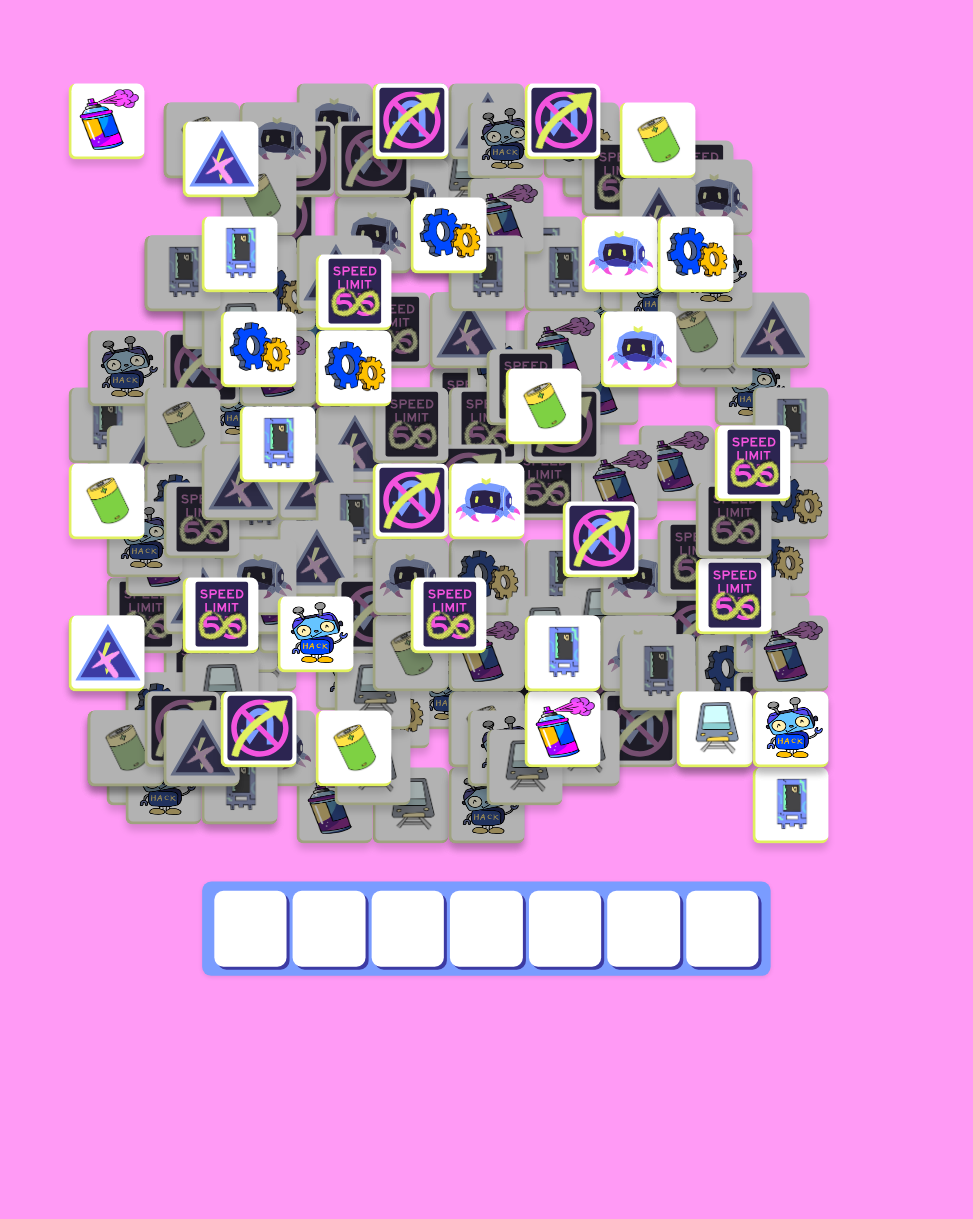
Repository: Avril-Cui/hack-puzzle
Page: / (app in client/)
An editor plug-in stored every save of this project. The page is shown before and after the next save, followed by the edit.
The browser window is 1280 px wide. The pictures show the whole page, at 76% of full size.
The project was rebuilt for these pictures with package versions that can differ from the ones it lists, and the page was loaded fresh each time. The framework's server and built-in components were replaced by stand-ins that run in the browser. Also part of the build but not shown: client/next.config.ts.

Above is the page before, as saved 2025-06-11 20:40:21.

### client/app/page.tsx
import Game from "../components/Game";

export default function Home() {
  return (
    <div>
      <Game />
    </div>
  );
}

### client/app/globals.css
@import "tailwindcss";

:root {
  --background: #FF9AF5;
}

@theme inline {
  --color-background: var(--background);
  --color-foreground: var(--foreground);
  --font-sans: var(--font-geist-sans);
  --font-mono: var(--font-geist-mono);
}

@media (prefers-color-scheme: dark) {
  :root {
    --background: #FF9AF5;
  }
}

body {
  background: var(--background);
  color: var(--foreground);
  font-family: Arial, Helvetica, sans-serif;
}

### client/components/Game.tsx
"use client";
import React, { useEffect, useState } from "react";
import styles from "./Game.module.css";

interface Tile {
  id: string;
  x: number;
  y: number;
  status: number;      // 0 = unpicked, 1 = in queue
  iconName: string;
}

const CELL_SIZE = 100;
const ICONS = ["🍀","🌈","⚙️","🐏","🐯","🐤","📚","🧠","💻","🐼"];

const PuzzleGame: React.FC = () => {
  const [tiles, setTiles] = useState<Tile[]>([]);
  const [queue, setQueue] = useState<Tile[]>([]);

  useEffect(() => {
    fetch("/scene.json")
      .then(res => res.json())
      .then((data: Tile[]) => setTiles(data));
  }, []);

  const handleClick = (tile: Tile) => {
    if (queue.length >= 7) return;
    setQueue(q => [...q, tile]);
    setTiles(t =>
      t.map(x => x.id === tile.id ? { ...x, status: 1 } : x)
    );
  };

  // returns true if tile at `idx` is overlapped by any later (higher) tile still in play
  const isCovered = (idx: number) => {
    const cur = tiles[idx];
    if (cur.status !== 0) return false;
    for (let j = idx + 1; j < tiles.length; j++) {
      const other = tiles[j];
      if (other.status !== 0) continue;
      // bounding‐box overlap?
      if (
        !(cur.x + CELL_SIZE <= other.x ||
          other.x + CELL_SIZE <= cur.x ||
          cur.y + CELL_SIZE <= other.y ||
          other.y + CELL_SIZE <= cur.y)
      ) {
        return true;
      }
    }
    return false;
  };

  const getIconPath = (iconName: string) => {
    const extMap: Record<string, string> = {
      icons0: "svg", icons1: "png", icons2: "png", icons3: "png",
      icons4: "svg", icons5: "jpg", icons6: "jpg", icons7: "jpg",
      icons8: "svg", icons9: "svg",
    };
    return `/icons/${iconName}.${extMap[iconName] || "png"}`;
  };

  return (
    <div className={styles.gameContainer}>
      <div className={styles.tileBoard}>
        {tiles.map((tile, idx) => {
          // inactive if picked OR if covered by any tile with a higher array-index
          const inactive = tile.status !== 0 || isCovered(idx);

          return (
            <div
              key={tile.id}
              className={`${styles.tile} ${inactive ? styles.inactive : ""}`}
              style={{
                left: tile.x,
                top: tile.y,
                zIndex: idx  // ensures later array items actually draw on top
              }}
              onClick={() => {
                if (!inactive && queue.length < 7) handleClick(tile);
              }}
            >
              <img
                src={getIconPath(tile.iconName)}
                alt={tile.iconName}
                className={styles.tileInner}
              />
            </div>
          );
        })}
      </div>

      <div className={styles.queueBar}>
        {queue.map(t => (
          <div key={t.id} className={styles.queueTile}>
            <img
              src={getIconPath(t.iconName)}
              alt={t.iconName}
              className={styles.tileInner}
              style={{ filter: "none", opacity: 1 }}
            />
          </div>
        ))}
        {Array.from({ length: 7 - queue.length }).map((_, i) => (
          <div key={i} className={styles.queueTile} />
        ))}
      </div>
    </div>
  );
};

export default PuzzleGame;

### client/components/Game.module.css
.gameContainer {
  display: flex;
  flex-direction: column;
  align-items: center;
  margin-top: 10em;
  margin-bottom: 20em;
}

.tileBoard {
  position: relative;
  width: 1000px;
  height: 900px;
  background-color: transparent; /* remove green board background */
}

.tile {
  position: absolute;
  width: 100px;
  height: 100px;
  background: white;
  border-radius: 10px;
  font-size: 40px;
  border-left: 4px solid #e1f060;
  border-bottom: 4px solid #e1f060;
  display: flex;
  align-items: center;
  justify-content: center;
  transition: transform 0.2s ease, opacity 0.3s ease;
  box-shadow: 0 8px 10px rgba(0, 0, 0, 0.15);
  cursor: pointer;
}

.tileInner {
  width: 100%;
  height: 100%;
  display: flex;
  justify-content: center;
  align-items: center;
  overflow: hidden;
  padding: 5%; /* optional, for consistent inner margin */
}

.tileInner img {
  max-width: 100%;
  max-height: 100%;
  object-fit: contain;
  pointer-events: none;
}

.covered {
  background: #ccc;
  opacity: 0.4;
  pointer-events: none;
}

.queueBar {
  margin-top: 100px;
  display: flex;
  justify-content: center;
  gap: 12px;
  padding: 12px;
  background: #7A9CFF;
  border-radius: 10px;
  box-shadow: 0 2px 6px rgba(0, 0, 0, 0.1);
}

.queueBar {
  display: flex;
  justify-content: flex-start;
  gap: 8px;
  padding: 12px 16px;
  background-color: #7A9CFF;
  border-radius: 12px;
  width: calc((100px * 7) + (8px * 6)); /* = 748px */
  min-height: 100px; /* same as tile height */
}

.queueTile {
  width: 100px;
  height: 100px;
  background-color: white;
  border-radius: 12px;
  box-shadow: 4px 4px 0 #3c3aa3;
  display: flex;
  align-items: center;
  justify-content: center;
}

.queueTile img {
  width: 100%;
  height: 100%;
  object-fit: contain;
  padding: 8px;
}

.inactive {
  filter: saturate(35%) brightness(70%);
  pointer-events: none;
}

Loaded but not shown: client/app/layout.tsx (common file); client/public/scene.json (2162 lines, source omitted)

After the next save:
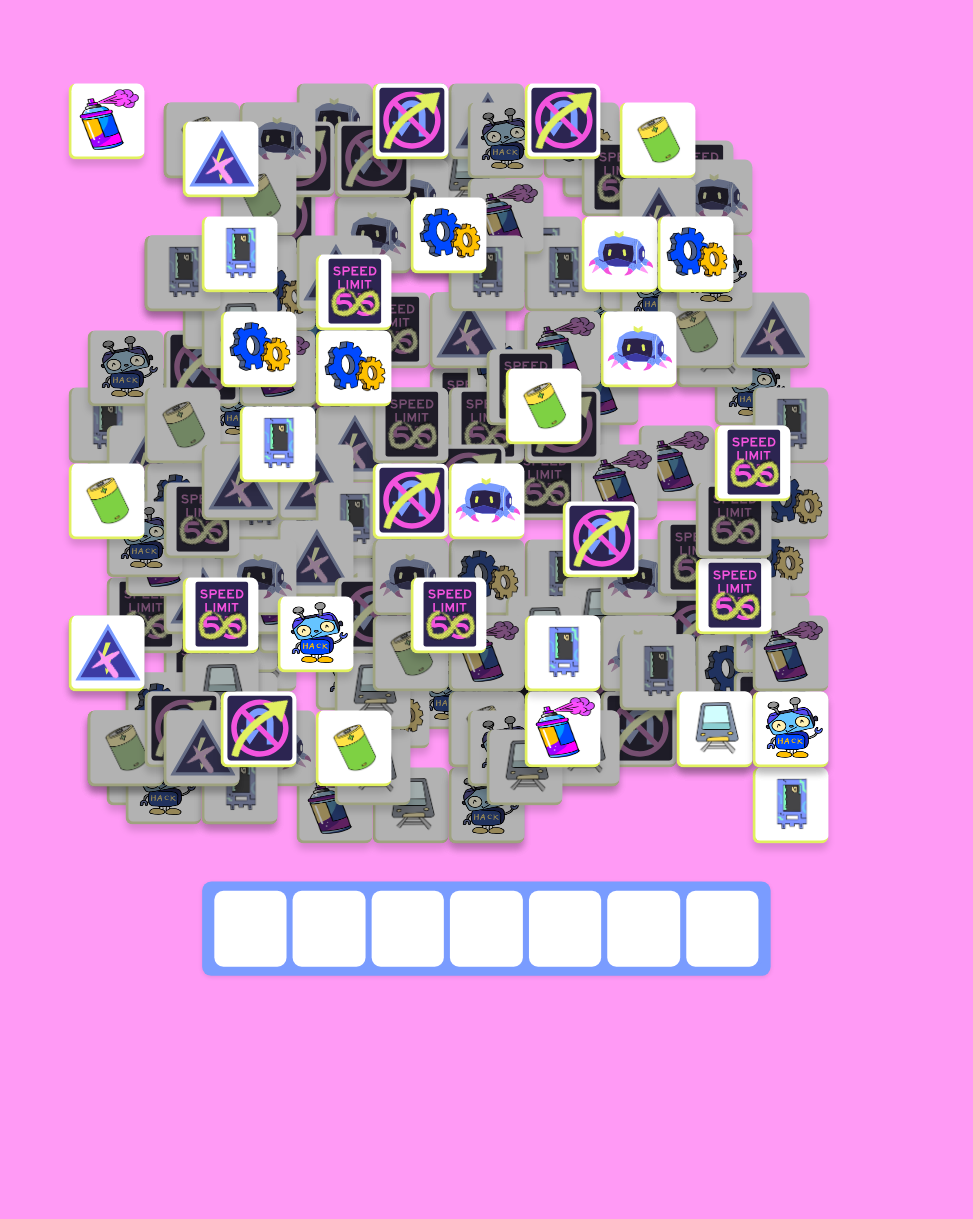
Saved 7 s later.
--- a/client/components/Game.module.css
+++ b/client/components/Game.module.css
@@ -80,7 +80,7 @@
   height: 100px;
   background-color: white;
   border-radius: 12px;
-  box-shadow: 4px 4px 0 #3c3aa3;
+  box-shadow: 4px 4px 0 #7A9CFF;
   display: flex;
   align-items: center;
   justify-content: center;
